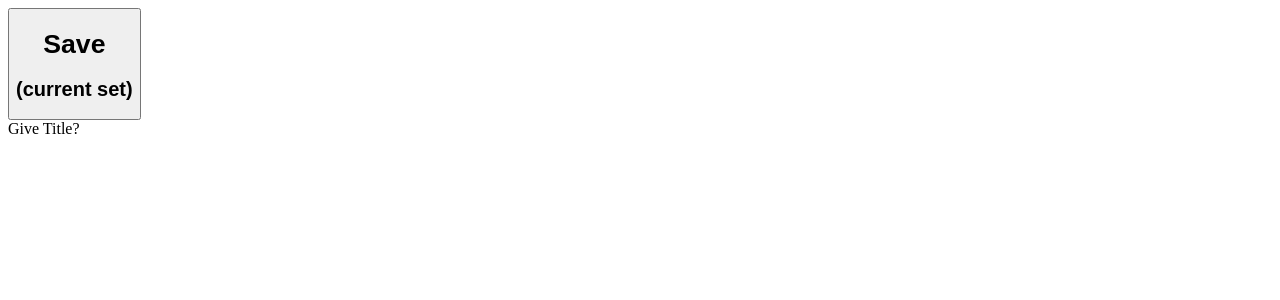
Repository: pixman92/GitTab
Page: popup.html
These files come from the project's save history. The page is drawn as it stood at one moment and after the next save; the edit follows.
The browser window is 1280 px wide. The pictures show the whole page.

Above is the page before, as saved 2020-01-24 13:34:15.

### popup.html
<!-- this file, is the 'instructions' of the extension
showing the different commands -->

<!DOCTYPE html>
<html>
<head>
    <meta charset="utf-8" />
    <meta http-equiv="X-UA-Compatible" content="IE=edge">
    <title>GitTab - Help</title>
    <meta name="viewport" content="width=device-width, initial-scale=1">
    <!-- <link rel="stylesheet" type="text/css" media="screen" href="main.css" /> -->
    <!-- <script src="main.js"></script> -->
    <script src="takeMeToBackground.js"></script>
    <style>
        div{
            width: 35em;
        }
        .grid1{
            display: grid;
            grid-template-columns: 1fr 1fr;
        }
        .grid2{
            display: grid;
            grid-template-rows: 1fr 1fr;
        }
    </style>
</head>
<body>
        <div>
            <button id="back"><span>

                <h1>Save</h1><h2>(current set)</h2>
            </span></button>
            <div class="grid2">
                Give Title?
            </div>
        </div>

</body>
</html>

### takeMeToBackground.js
window.onload = ()=>{
    document.getElementById('back').addEventListener('click', ()=>{
        pullCurrentWindow();
    })
}

//========================================
//functions for pulling Tab data

// var tabGlobal;
function pullCurrentWindow(){
    //DIFICULT Function!!
    // works on getting current tabs
    // saving them to 'chrome' storage
    // and reproducing them in background.html
    var tabGlobal;
    chrome.tabs.query({currentWindow: true}, (tab)=>{
        console.log('tab', tab);
        tabGlobal = tab;
        chrome.storage.sync.set({'tabSet': tabGlobal});
    });
    console.log('tabGlobal1', tabGlobal);


    showBackground();

}


function showBackground(){
    chrome.tabs.create({url: chrome.extension.getURL('background.html')});
}


//========================================

function wait(timout){
    return new Promise(resolve=>setTimeout(resolve, timout));
}

After the next save:
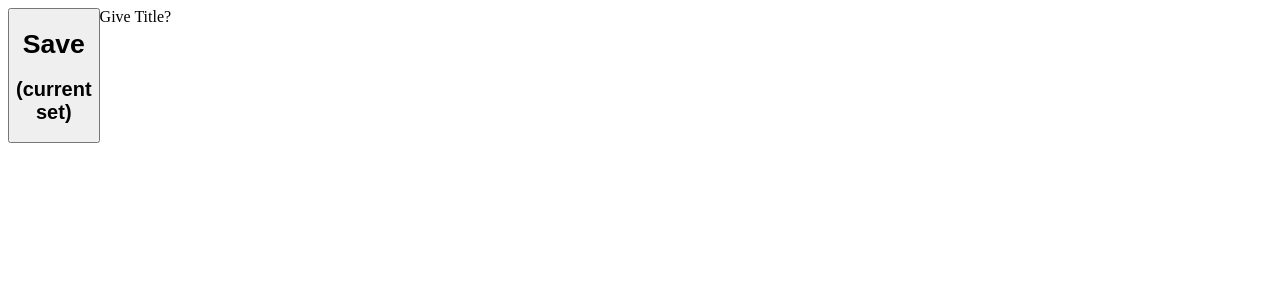
Saved 6 s later.
--- a/popup.html
+++ b/popup.html
@@ -26,7 +26,7 @@ showing the different commands -->
     </style>
 </head>
 <body>
-        <div>
+        <div class="grid1">
             <button id="back"><span>
 
                 <h1>Save</h1><h2>(current set)</h2>
